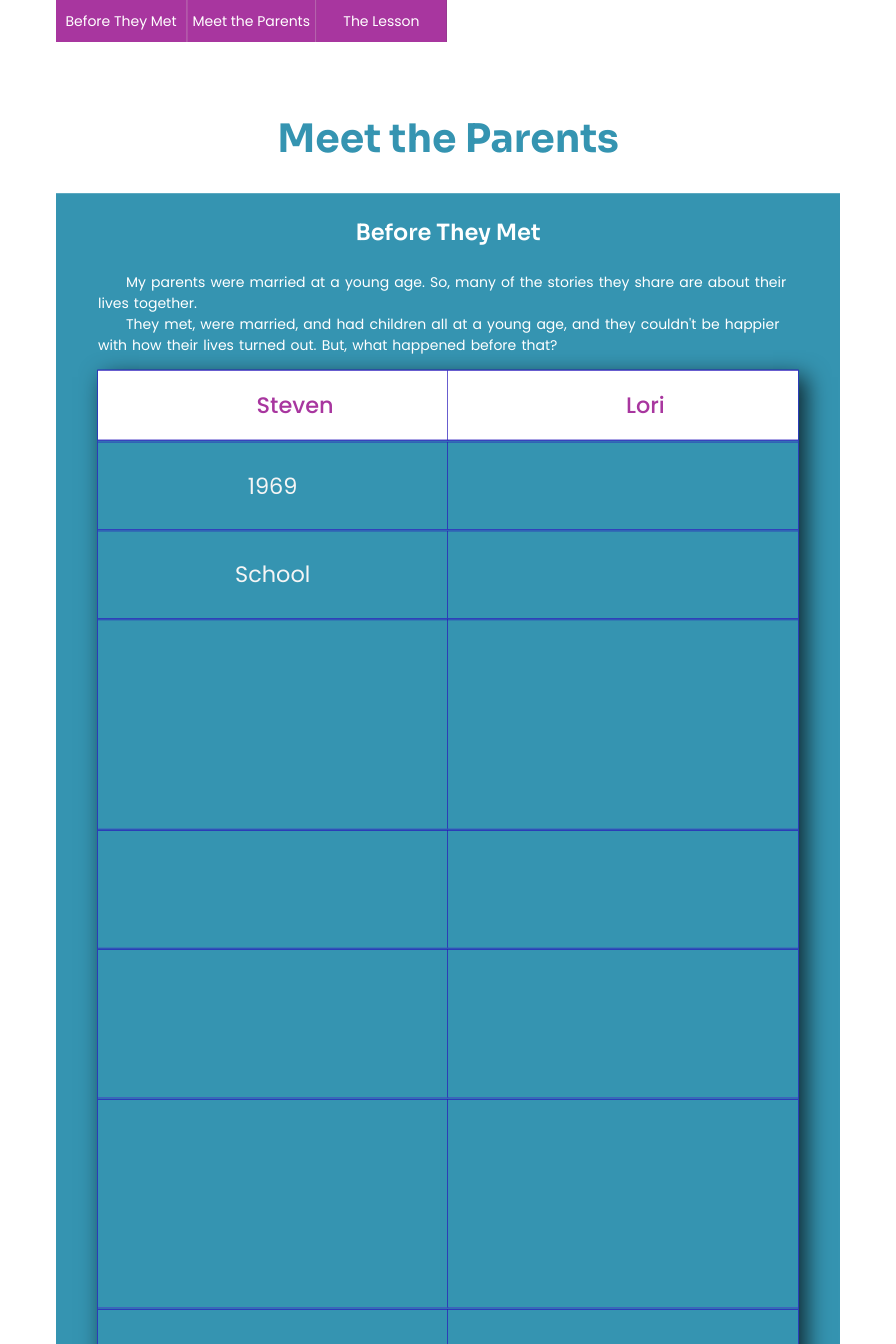
Repository: Sbethm/parents-tribute
Page: timeline.html
These files come from the project's save history. The page is drawn as it stood at one moment and after the next save; the edit follows.
The browser window is 1280 px wide. The pictures show the part of the page from y = 0 to 1920 px (the page is 3550 px tall before and 3488 px after), at 70% of full size.

Above is the page before, as saved 2021-02-24 15:18:14.

### timeline.html
<!DOCTYPE html>
<html>
    <head>
      <meta charset="UTF-8">
      <title>Before They Met</title>
      <meta name="description" content="A choose your own story adventure game">
      <meta name="viewport" content="width=device-width, initial-scale=1.0">
      <link rel="preconnect" href="https://fonts.gstatic.com">
      <link href="https://fonts.googleapis.com/css2?family=Poppins:ital,wght@0,400;0,500;0,600;0,700;0,800;0,900;1,400;1,500;1,600;1,700;1,800;1,900&family=Sora:wght@400;500;600;700;800&display=swap" rel="stylesheet"> <!--
        This is used for headings:
        font-family: 'Sora', sans-serif;
        This is used for content:
        font-family: 'Poppins', sans-serif;-->
      <link href="style.css" type="text/css" rel="stylesheet">
    </head>

    <body>
      <header>
        <h1>Meet the Parents</h1>
        <nav class="navigation">
          <a href="timeline.html">Before They Met</a>
          <a class= "a--border" href="index.html">Meet the Parents</a>
          <a href="lesson.html">The Lesson</a>
        </nav>
      </header>
      <main>
        <h2>Before They Met</h2>
        <p class="p--first">My parents were married at a young age. So, many of the stories they share are about their lives together.</p>
        <p class="p--last">They met, were married, and had children all at a young age, and they couldn't be happier with how their lives turned out. But, what happened before that?</p>
        <div class="grid--timeline">
            <div class="grid__box--timeline dad">Steven</div>
            <div class="grid__box--timeline mom">Lori</div>
            <!---------Dad's Grid Boxes---------->
            <div class="grid__box--timeline f-1">Born in 1969. The same year that man  first stepped on the moon.</div>
            <div class="grid__box--timeline f-2">Steven attended a small Catholic school.</div>
            <div class="grid__box--timeline f-3">During recess in the 4th grade, he gashed his elbow while playing a rough-and-tumble game of football. This resulted in four stitches (for a nine year old that’s a lot of stitches!)</div>
            <div class="grid__box--timeline f-4">When he was thirteen, he camped in the backyard and stayed up all night.</div>
            <div class="grid__box--timeline f-5">He ran his first high school track meet, the 100 yard dash, and won third place. For the first track meet, that's not too shabby!</div>
            <div class="grid__box--timeline f-6">He was in a car accident, "not his fault", which lead to more stitches but this time in his forehead. Because of this, he had to sit out his senior year homecoming football game.</div>
            <div class="grid__box--timeline f-7">Having the lead role as Jesus during my high school senior year. It was the first annual Easter Passion play the school performed.</div>
            <div class="grid__box--timeline f-8">I remember a dream I had where I met a beautiful girl, at a homecoming dance, who I eventually married and we had two terrific kids who eventually married and gave me two more kids to enjoy time with.</div>
            <!---------Dad's Grid Box Covers----->
            <div class="cover__left f-1__cover">1969</div>
            <div class="cover__left  f-2__cover">School</div>
            <div class="cover__left  f-3__cover"></div>
            <div class="cover__left  f-4__cover"></div>
            <div class="cover__left  f-5__cover"></div>
            <div class="cover__left  f-6__cover"></div>
            <div class="cover__left  f-7__cover"></div>
            <div class="cover__left  f-8__cover"></div>
            <!---------Mom's Grid Boxes---------->
            <div class="grid__box--timeline m-1">Born in 1970. What happened this year? Oh, yeah! Mom was born!</div>
            <div class="grid__box--timeline m-2">Lori attended a slightly larger public school.</div>
            <div class="grid__box--timeline m-3">She cut off one of her pigtails in the bathroom. Perhaps to see if she had the makings of a hairstylist? Let's just say, this career path ended here.</div>
            <div class="grid__box--timeline m-4">She had skied half of a bunny slope when she realized this daredevil sport wasn't for her.</div>
            <div class="grid__box--timeline m-5">She performed the lead role in a junior high school play.</div>
            <div class="grid__box--timeline m-6">After a white knuckled horse ride in the Appalachians, she discovered that she was not meant to lead a life of adventure</div>
            <div class="grid__box--timeline m-7">made camps with her cousins in the Ritchie woods.</div>
            <div class="grid__box--timeline m-8">made camps with her cousins in the Ritchie woods.</div>
            <!---------Mom's Grid Box Covers----->
            <div class="cover__right m-1__cover"></div>
            <div class="cover__right m-2__cover"></div>
            <div class="cover__right m-3__cover"></div>
            <div class="cover__right m-4__cover"></div>
            <div class="cover__right m-5__cover"></div>
            <div class="cover__right m-6__cover"></div>
            <div class="cover__right m-7__cover"></div>
            <div class="cover__right m-8__cover"></div>
            <!--------After They Met Boxes------->
            <div class="grid__box--timeline fm-1">Met in ____ when Steven was 21 and Lori was 19 years old.</div>
            <div class="grid__box--timeline fm-2">At the age of 21, Lori gave birth to Sarah (me!).</div>
            <div class="grid__box--timeline fm-3">One year later (obviously not satisfied with their first child) Lori and Steven had their second child, a son named John.</div>
        </div>
        <section>
          <img class="img-hiking"src="img/hiking.jpg" alt="Mom and dad enjoying a hike.">
          <p class="p--last">They met, were married, and had children all at a young age, and they couldn't be happier with how their lives turned out. But, what happened before that?</p>
        </section>
      </main>
      <footer>
        <img class="icon" src="img/profile_icon.png" alt="profile icon">
        Sarah Moosa
        <br><br>
        <img class="icon" src="img/home_icon.png" alt="home icon">
        Meet the Parents
      </footer>
    </body>
</html>

### style.css
/*
html5doctor.com Reset Stylesheet
v1.6.1
Last Updated: 2010-09-17
Author: Richard Clark - http://richclarkdesign.com
Twitter: @rich_clark
*/

html, body, div, span, object, iframe,
h1, h2, h3, h4, h5, h6, p, blockquote, pre,
abbr, address, cite, code,
del, dfn, em, img, ins, kbd, q, samp,
small, strong, sub, sup, var,
b, i,
dl, dt, dd, ol, ul, li,
fieldset, form, label, legend,
table, caption, tbody, tfoot, thead, tr, th, td,
article, aside, canvas, details, figcaption, figure,
footer, header, hgroup, menu, nav, section, summary,
time, mark, audio, video {
    margin:0;
    padding:0;
    border:0;
    outline:0;
    font-size:100%;
    vertical-align:baseline;
    background:transparent;
}

body {
    line-height:1;
}

article,aside,details,figcaption,figure,
footer,header,hgroup,menu,nav,section {
    display:block;
}

nav ul {
    list-style:none;
}

blockquote, q {
    quotes:none;
}

blockquote:before, blockquote:after,
q:before, q:after {
    content:'';
    content:none;
}

a {
    margin:0;
    padding:0;
    font-size:100%;
    vertical-align:baseline;
    background:transparent;
}

/* change colours to suit your needs */
ins {
    background-color:#ff9;
    color:#000;
    text-decoration:none;
}

/* change colours to suit your needs */
mark {
    background-color:#ff9;
    color:#000;
    font-style:italic;
    font-weight:bold;
}

del {
    text-decoration: line-through;
}

abbr[title], dfn[title] {
    border-bottom:1px dotted;
    cursor:help;
}

table {
    border-collapse:collapse;
    border-spacing:0;
}

/* change border colour to suit your needs */
hr {
    display:block;
    height:1px;
    border:0;
    border-top:1px solid #cccccc;
    margin:1em 0;
    padding:0;
}

input, select {
    vertical-align:middle;
}

/* MY CODE BELOW */

body {
    width: 100vw;
    position: absolute;
}

main {
    width: calc(100vw - 40px);
    height: 100%;
    margin: 20px 20px;
    background-color: rgb(53, 148, 177);
}

header {
    width: 100vw;
    padding-top: 40px;
    display: flex;
    flex-direction: column;
    background-color: rgb(255, 255, 255);
}

h1 {
    width: 100%;
    font-family: 'Sora', sans-serif;
    color: rgb(53, 148, 177);
    font-size: 3em;
    font-weight: 700;
    text-align: center;
    padding-bottom: 30px;
}

.navigation {
    max-width: 100vw;
    background-color: rgb(126, 66, 121);
    text-align: center;
    display: grid;
    grid-template-columns: repeat(3, 1fr);
    grid-template-areas:
      " time meet lesson";
}

.time {
    grid-area: time;
}

.meet {
    grid-area: meet;
}

.lesson {
    grid-area: lesson;
}

a {
    padding: 20px 7px;
    background-color: rgb(168, 54, 159);
    font-family: 'Poppins', sans-serif;
    font-size: 1em;
    font-weight: 400;
    color: rgb(255, 255, 255);
    text-decoration: none;
}

.a--border {
    border-left: solid 2px rgb(182, 97, 173);
    border-right: solid 2px rgb(182, 97, 173);
}

a:hover {
    background-color: rgb(97, 49, 92);
}

section {
    width: 100%;
}

h2 {
    max-width: 100%;
    padding: 20px 20px 10px 20px;
    font-family: 'Sora', sans-serif;
    font-size: 1.5em;
    font-weight: 600;
    text-align: center;
    color: rgb(255, 255, 255);
}


.img-sitting,
.img-hiking,
.disney-adventure__img {
    max-width: 100%;
    height: auto;
    justify-content: center;
    align-content: center;
}

.p--first,
.p--inner,
.p--last {
    font-family: 'Poppins', sans-serif;
    font-size: 1em;
    text-indent: 2em;
    line-height: 1.5em;
    word-spacing: 0.1em;
    color: rgb(255, 255, 255);
}

.p--first {
    padding: 10px 20px 0px 20px;
}

.p--inner {
    padding: 0px 20px 0px 20px;
}

.p--last {
    padding: 0px 20px 10px 20px;
}

footer {
    width: calc(100vw - 42px);
    height: 100px;
    padding: 40px 20px 0 20px;
    position: relative;
    bottom: 0;
    font-family: 'Poppins', sans-serif;
    font-size: 1em;
    font-weight: 500;
    border: solid 1px rgb(182, 97, 173);
}

.icon {
    width: 20px;
    height: auto;
}
/*MEET THE PARENTS CODE PHONE*/

.img-sitting {
    margin: 10px 0;
}

/*TIMELINE CODE PHONE*/

.grid--timeline {
    display: grid;
    margin: 10px 0;
    border: solid 1px rgb(40, 23, 187);
    grid-template-columns: 1fr 1fr;
    grid-template-rows: repeat(13, fit-content);
    grid-template-areas:
        "tl tl"
        "dad mom"
        "f-1 m-1"
        "f-2 m-2"
        "f-3 m-3"
        "f-4 m-4"
        "f-5 m-5"
        "f-6 m-6"
        "f-7 m-7"
        "f-8 m-8"
        "fm-1 fm-1"
        "fm-2 fm-2"
        "fm-3 fm-3";
}

.grid__box--timeline {
    background-color: rgb(255, 255, 255);
    padding: 10px 7px;
    color: rgb(168, 54, 159);
    text-align: center;
    font-family: 'Poppins', sans-serif;
    font-weight: 500;
    font-size: 1em;
}

.dad {
    grid-area: dad;
    border-top: solid 1px rgb(40, 23, 187);
    border-bottom: solid 1px rgb(40, 23, 187);
    border-right: solid 1px rgb(40, 23, 187);
}

.mom {
    grid-area: mom;
    border-top: solid 1px rgb(40, 23, 187);
    border-bottom: solid 1px rgb(40, 23, 187);
}

.f-1 {
    grid-area: f-1;
    border-bottom: solid 1px rgb(40, 23, 187);
    border-right: solid 1px rgb(40, 23, 187);
}

.f-2 {
    grid-area: f-2;
    border-bottom: solid 1px rgb(40, 23, 187);
    border-right: solid 1px rgb(40, 23, 187);
}

.f-3 {
    grid-area: f-3;
    border-bottom: solid 1px rgb(40, 23, 187);
    border-right: solid 1px rgb(40, 23, 187);
}

.f-4 {
    grid-area: f-4;
    border-bottom: solid 1px rgb(40, 23, 187);
    border-right: solid 1px rgb(40, 23, 187);
}

.f-5 {
    grid-area: f-5;
    border-bottom: solid 1px rgb(40, 23, 187);
    border-right: solid 1px rgb(40, 23, 187);
}

.f-6 {
    grid-area: f-6;
    border-bottom: solid 1px rgb(40, 23, 187);
    border-right: solid 1px rgb(40, 23, 187);
}

.f-7 {
    grid-area: f-7;
    border-bottom: solid 1px rgb(40, 23, 187);
    border-right: solid 1px rgb(40, 23, 187);
}

.f-8 {
    grid-area: f-8;
    border-bottom: solid 1px rgb(40, 23, 187);
    border-right: solid 1px rgb(40, 23, 187);
}


.cover__left {
    z-index: 2;
    color:rgb(245, 245, 245);
    font-family: 'Poppins', sans-serif;
    text-align: center;
    font-size: 1em;
    background-color: rgb(53, 148, 177);
    border-top: double 3px rgb(40, 23, 187);
    border-right: solid 1px rgb(40, 23, 187);
    display: flex;
    justify-content: center;
    align-items: center;
}

.cover__right {
    z-index: 2;
    color:rgb(245, 245, 245);
    font-family: 'Poppins', sans-serif;
    text-align: center;
    font-size: 2em;
    background-color: rgb(53, 148, 177);
    border-top: double 3px rgb(40, 23, 187);

    display: flex;
    justify-content: center;
    align-items: center;

}

.cover__left:hover,
.cover__right:hover {
    color: rgb(245, 245, 245, 0);
    animation-name: fade;
    animation-duration: 1s;
    animation-fill-mode: forwards;
}

@keyframes fade {
    0% {
        background-color: rgb(53, 148, 177);
    }
    100% {
        background-color: rgb(65, 175, 209, 0);
    }
}

.f-1__cover {
    grid-area: f-1;
}

.f-2__cover {
    grid-area: f-2;
}

.f-3__cover {
    grid-area: f-3;
}

.f-4__cover {
    grid-area: f-4;
}

.f-5__cover {
    grid-area: f-5;
}

.f-6__cover {
    grid-area: f-6;
}

.f-7__cover {
    grid-area: f-7;
}

.f-8__cover {
    grid-area: f-8;
}

.m-1__cover {
    grid-area: m-1;
}

.m-2__cover {
    grid-area: m-2;
}

.m-3__cover {
    grid-area: m-3;
}

.m-4__cover {
    grid-area: m-4;
}

.m-5__cover {
    grid-area: m-5;
}

.m-6__cover {
    grid-area: m-6;
}

.m-7__cover {
    grid-area: m-7;
}

.m-8__cover {
    grid-area: m-8;
}

.m-1 {
    grid-area: m-1;
    border-bottom: solid 1px rgb(40, 23, 187);
}

.m-2 {
    grid-area: m-2;
    border-bottom: solid 1px rgb(40, 23, 187);
}

.m-3 {
    grid-area: m-3;
    border-bottom: solid 1px rgb(40, 23, 187);
}

.m-4 {
    grid-area: m-4;
    border-bottom: solid 1px rgb(40, 23, 187);
}

.m-5 {
    grid-area: m-5;
    border-bottom: solid 1px rgb(40, 23, 187);
}

.m-6 {
    grid-area: m-6;
    border-bottom: solid 1px rgb(40, 23, 187);
}

.m-7 {
    grid-area: m-7;
    border-bottom: solid 1px rgb(40, 23, 187);
}

.m-8 {
    grid-area: m-8;
    border-bottom: solid 1px rgb(40, 23, 187);
}

.fm-1 {
    grid-area: fm-1;
    border-bottom: solid 1px rgb(40, 23, 187);
}

.fm-2 {
    grid-area: fm-2;
    border-bottom: solid 1px rgb(40, 23, 187);
}

.fm-3 {
    grid-area: fm-3;
    border-bottom: solid 1px rgb(40, 23, 187);
}

.img-hiking {
    margin-bottom: 10px;
}

/*LESSON LEARNED CODE PHONE*/

.disney-adventure__img {
    margin: 20px 0;
}


/*iPAD*/ @media screen and (min-width: 700px) and (max-width: 899px) {

    header {

        flex-direction: column-reverse;
    }

    h1 {
        font-size: 3.5em;
        padding-top: 90px;
        padding-bottom: 50px;
    }

    main {
        padding: 20px 0;
        margin: 0 20px;
        width: calc(100vw - 40px);
        background-color: rgb(53, 148, 177);
        border-top: none;
    }

    .navigation {
        position: fixed;
        top: 0;
    }

    a {
        padding: 20px 40px;
        font-size: 1.5em;
    }

    .a--border {
        padding: 20px 60px;
    }

    h2 {
        font-size: 2.5em;

    }

    .p--first,
    .p--inner,
    .p--last {
        font-size: 1.5em;
        text-indent: 2em;
        line-height: 1.6em;
        word-spacing: 0.15em;
    }

    .p--first {
        padding: 20px 40px 0px 40px;
    }

    .p--inner {
        padding: 0px 40px 0px 40px;
    }

    .p--last {
        padding: 0px 40px 20px 40px;
    }

    section {
        background-color: rgb(40, 23, 187, 0);
        border: none;
    }

    .grid--section {
        max-width: calc(100vw - 40px);
        display: grid;
        grid-template-columns: 50% 50%;
        grid-template-rows: 100px 200px 200px;
        grid-template-areas:
            "title title"
            "picture p1"
            "picture p2";
    }

    section h2 {
        grid-area: title;
        align-self: center;
        justify-self: center;
    }

    .img-sitting {
        max-height: 360px;
        margin-bottom: 20px;
        border: solid 1px rgb(40, 23, 187);
        border-left: none;
        grid-area: picture;
        justify-self: center;
        align-self: center;
    }

    .p1 {
        align-self: flex-start;
        grid-area: p1;
        padding-left: 40px;
        padding-right: 20px;
    }

    .p2 {
        align-self: flex-end;
        grid-area: p2;
        padding: 0 20px 30px 40px;
    }

    footer {
        width: calc(100vw - 42px);
        height: 200px;
        font-size: 1em;
        font-weight: 500;
    }

    .icon {
        width: 40px;
        height: auto;
    }

/*TIMELINE CODE iPAD*/

    .grid__box--timeline{
        padding: 20px;
        font-size: 1.5em;
        line-height: 35px;
    }

    .title {
        font-size: 2.5em;
        color: rgb(255, 255, 255);
        background-color: rgb(53, 148, 177);
    }

    .dad,
    .mom {
        font-size: 2em;
    }

    .img-hiking {
        border: solid 1px rgb(40, 23, 187);
    }



/*LESSON LEARNED CODE iPAD*/

}

/*COMPUTER*/@media screen and (min-width: 900px) and (max-width: 2000px) {

    header {
        padding-top: 80px;
        flex-direction: column-reverse;
    }

    h1 {
        font-size: 4em;
        padding-bottom: 70px;
    }

    main {
        max-width: calc(100vw - 160px);
        padding-top: 20px;
        margin: 0 80px;
        border-top: none;
    }

    h1 {
        font-size: 3.5em;
        padding-top: 90px;
        padding-bottom: 50px;
    }

    .navigation {
        max-width: calc(100vw - 160px);
        margin: 0 80px;
        position: fixed;
        top: 0;
    }

    a {
        font-size: 1.25em;
    }

    h2 {
        font-size: 2em;
        padding: 20px;
    }

    .p--first,
    .p--inner,
    .p--last {
        font-size: 1.25em;
        text-indent: 2em;
        line-height: 1.5em;
        word-spacing: 0.1em;
    }

    .p--first {
        padding: 20px 60px 0px 60px;
    }

    .p--inner {
        padding: 0px 60px 0px 60px;
    }

    .p--last {
        padding: 0px 60px 20px 60px;
    }

    .grid--section {
        display: grid;
        padding-bottom: 40px;
        grid-template-columns: auto;
        grid-template-rows: 150px 420px 150px 150px;
        grid-template-areas:
            "title"
            "picture"
            "p1"
            "p2";
    }

    section h2 {
        align-self: center;
        justify-self: center;
    }

    .img-sitting {
        max-height: 400px;
        margin-bottom: 0px;
        border: double 3px rgb(255, 255, 255);
        justify-self: center;
        align-self: center;
    }

    .p1 {
        align-self: center;
        grid-area: p1;
        padding: 20px 40px;
    }

    .p2 {
        align-self: center;
        grid-area: p2;
        padding: 20px 40px;
    }

    footer {
        margin: 0 80px;
        max-width: calc(100vw - 162px);
        height: 200px;
        font-size: 1em;
        font-weight: 500;
    }

    .icon {
        width: 25px;
        height: auto;
    }

/*TIMELINE CODE COMPUTER*/

    .img-hiking {
    max-height: 400px;
    width: auto;
    border: double 3px rgb(255, 255, 255);
    display: block;
    margin: 50px auto ;
    }

    .grid__box--timeline{
        z-index: 1;
        padding: 20px;
        font-size: 1.5em;
        text-indent: 2em;
        line-height: 1.8em;
        word-spacing: 0.15em;
    }

    .grid--timeline {
        display: grid;
        margin: 0 auto;
        max-width: 1000px;
        box-shadow: 10px 10px 31px 0px rgba(0,0,0,0.75);
        -webkit-box-shadow: 10px 10px 31px 0px rgba(0,0,0,0.75);
        -moz-box-shadow: 10px 10px 31px 0px rgba(0,0,0,0.75);
        grid-template-columns: 1fr 1fr;
        grid-template-rows: repeat(13, fit-content);
        grid-template-areas:
            "tl tl"
            "dad mom"
            "f-1 m-1"
            "f-2 m-2"
            "f-3 m-3"
            "f-4 m-4"
            "f-5 m-5"
            "f-6 m-6"
            "f-7 m-7"
            "f-8 m-8"
            "fm-1 fm-1"
            "fm-2 fm-2"
            "fm-3 fm-3";
    }

    .grid__box--timeline {
    font-weight: 400;
    }

    .dad,
    .mom {
        font-size: 2em;
        font-weight: 500;
    }

    .cover__left {
        z-index: 2;
        color:rgb(245, 245, 245);
        font-family: 'Poppins', sans-serif;
        text-align: center;
        font-size: 2em;
        background-color: rgb(53, 148, 177);
        border-top: double 3px rgb(40, 23, 187);
        border-right: solid 1px rgb(40, 23, 187);
        display: flex;
        justify-content: center;
        align-items: center;
    }

    .cover__right {
        z-index: 2;
        color:rgb(245, 245, 245);
        font-family: 'Poppins', sans-serif;
        text-align: center;
        font-size: 2em;
        background-color: rgb(53, 148, 177);
        border-top: double 3px rgb(40, 23, 187);

        display: flex;
        justify-content: center;
        align-items: center;

    }


    .m-1 {
        border-left: solid 1px rgb(40, 23, 187);
    }

    .m-2 {
        border-left: solid 1px rgb(40, 23, 187);
    }

    .m-3 {
        border-left: solid 1px rgb(40, 23, 187);
    }

    .m-4 {
        border-left: solid 1px rgb(40, 23, 187);
    }

    .m-5 {
        border-left: solid 1px rgb(40, 23, 187);
    }

    .m-6 {
        border-left: solid 1px rgb(40, 23, 187);
    }

    .m-7 {
        border-left: solid 1px rgb(40, 23, 187);
    }

    .m-8 {
        border-left: solid 1px rgb(40, 23, 187);
    }


    /*LESSON LEARNED CODE iPAD*/

    }

After the next save:
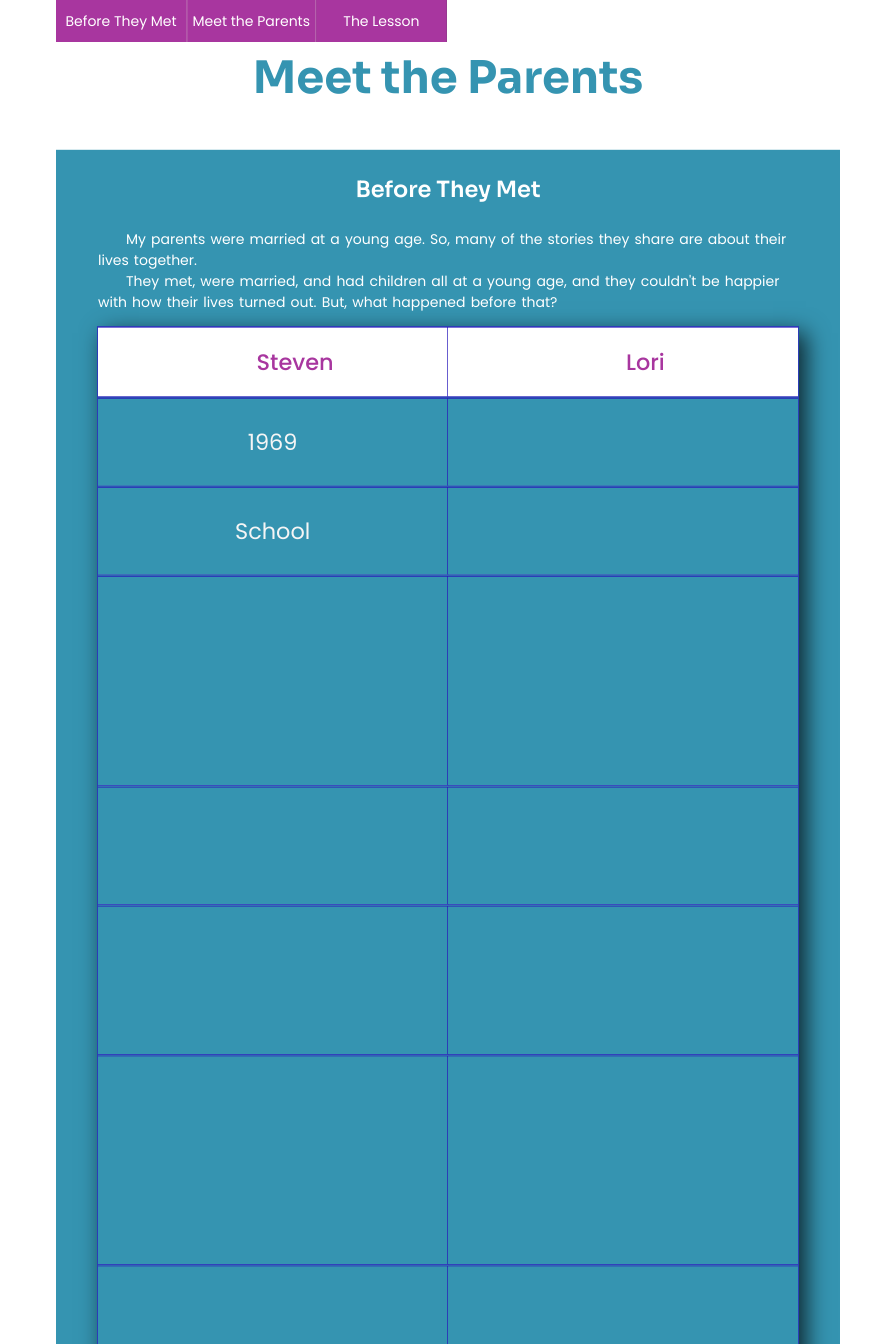
Saved 11 s later.
--- a/style.css
+++ b/style.css
@@ -679,12 +679,6 @@ footer {
         padding-top: 20px;
         margin: 0 80px;
         border-top: none;
-    }
-
-    h1 {
-        font-size: 3.5em;
-        padding-top: 90px;
-        padding-bottom: 50px;
     }
 
     .navigation {
